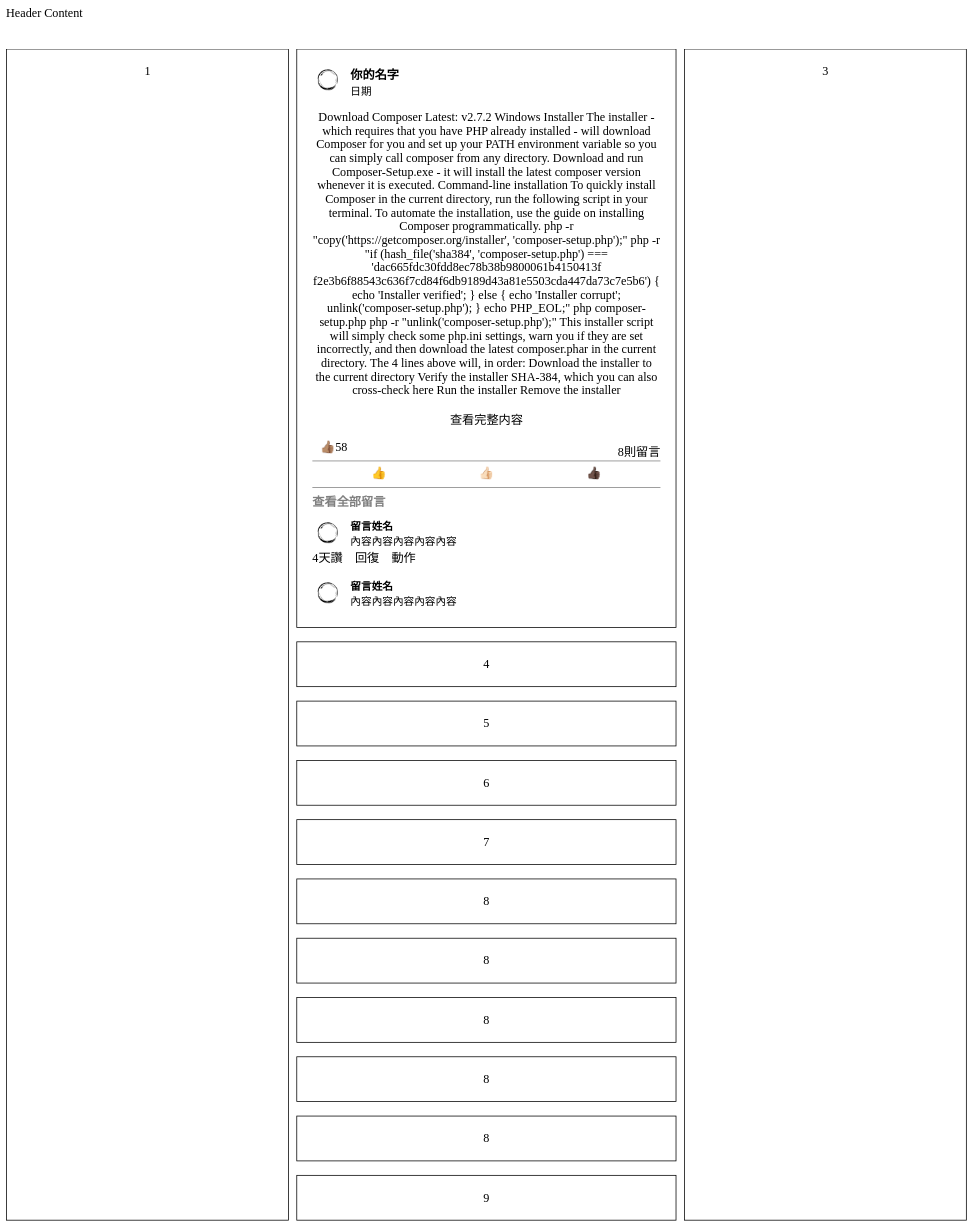
Repository: yuchiyang123/index_view
Page: http://localhost/
The author's editor kept a copy of each file at every save. The page is drawn from the files as they stood at one save, then again after the next save.
The browser window is 1280 px wide. The pictures show the whole page, at 76% of full size.
The page is run by PHP 8.4 with error messages shown; the project is at /var/www/html/.

Above is the page before, as saved 2024-03-27 10:41:02.

After the next save:
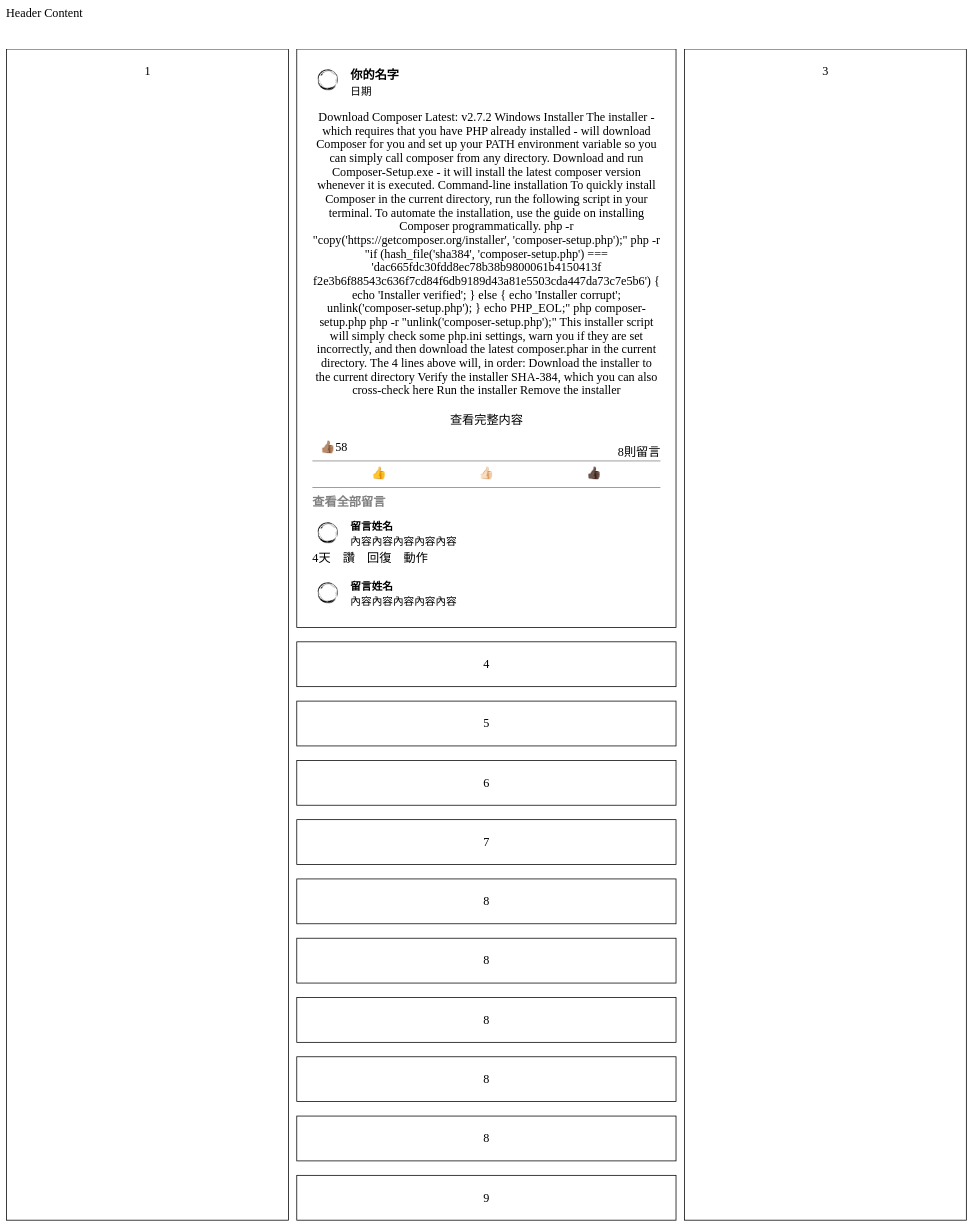
Saved 11 s later.
--- a/index.php
+++ b/index.php
@@ -249,7 +249,7 @@
                                 內容內容內容內容內容
                             </div>
                         </div>
-                        <div class="LeaveMessageAction"><a href="#">4天</a><a href="#">讚</a>&emsp;<a href="#">回復</a>&emsp;<a href="#">動作</a></div>
+                        <div class="LeaveMessageAction"><a href="#">4天</a>&emsp;<a href="#">讚</a>&emsp;<a href="#">回復</a>&emsp;<a href="#">動作</a></div>
                     </div>
                 </div>
                 <div class="LeaveMessage">
